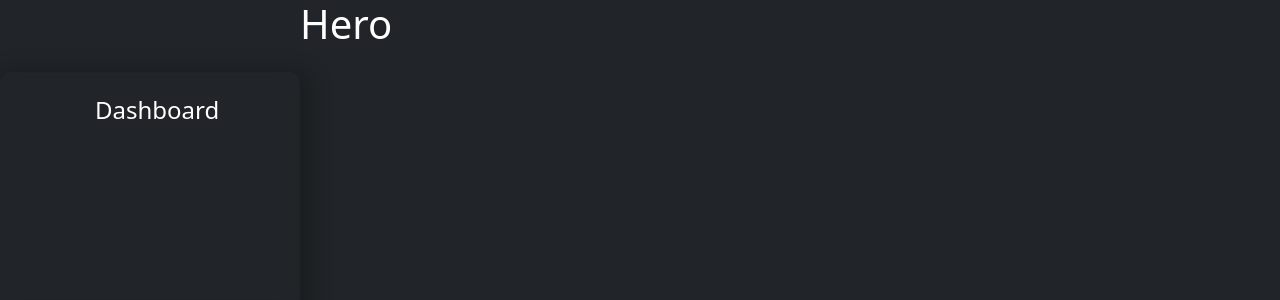
Repository: iamevs/Employee-Management-System
Page: / (app in client/)
These files come from the project's save history. The page is drawn as it stood at one moment and after the next save; the edit follows.
The browser window is 1280 px wide. The pictures show the whole page.
The project was rebuilt for these pictures with package versions that can differ from the ones it lists, and the page was loaded fresh each time. Also part of the build but not shown: client/vite.config.js, client/src/App.css, client/src/components/Home.jsx, client/src/components/Register.jsx, client/src/components/Edit.jsx. Imported but missing from the stored project, and not drawn on this page: client/src/components/Details.

Above is the page before, as saved 2022-11-29 01:39:41.

After the next save:
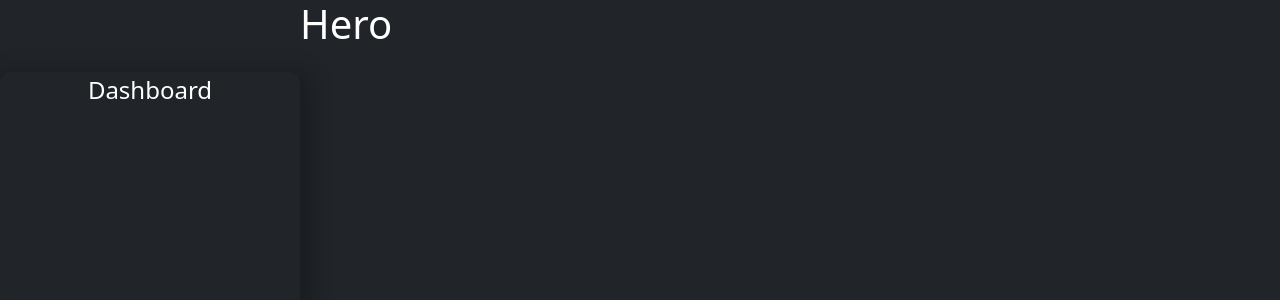
Saved 7 s later.
--- a/client/src/components/Navbar.jsx
+++ b/client/src/components/Navbar.jsx
@@ -57,9 +57,7 @@ const Navbar = () => {
         }}>
             <Box sx={{
                 fontSize: "1.5rem",
-                padding: "20px",
                 borderRadius: "10px",
-                width: "50%"
             }}>
                 Dashboard
             </Box>
